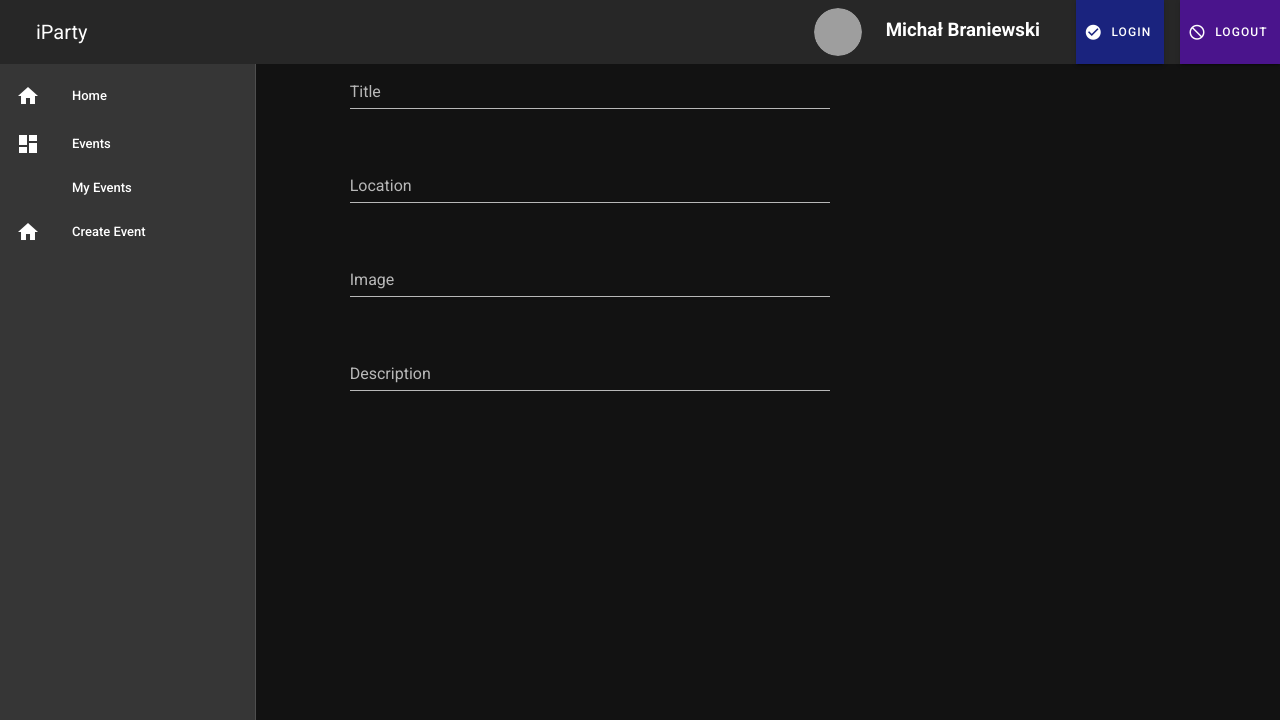
Repository: hexanek/partyapp
Page: /#/addevent
These files come from the project's save history. The page is drawn as it stood at one moment and after the next save; the edit follows.
The browser window is 1280 px wide. The pictures show the whole page.
Pictures or frames that could not be fetched are drawn as grey boxes. The project was rebuilt for these pictures with package versions that can differ from the ones it lists, and the page was loaded fresh each time. Also part of the build but not shown: vue.config.js, src/components/Popup.vue, src/components/Gmap.vue, src/components/Home.vue.

Above is the page before, as saved 2020-01-26 14:02:45.

After the next save:
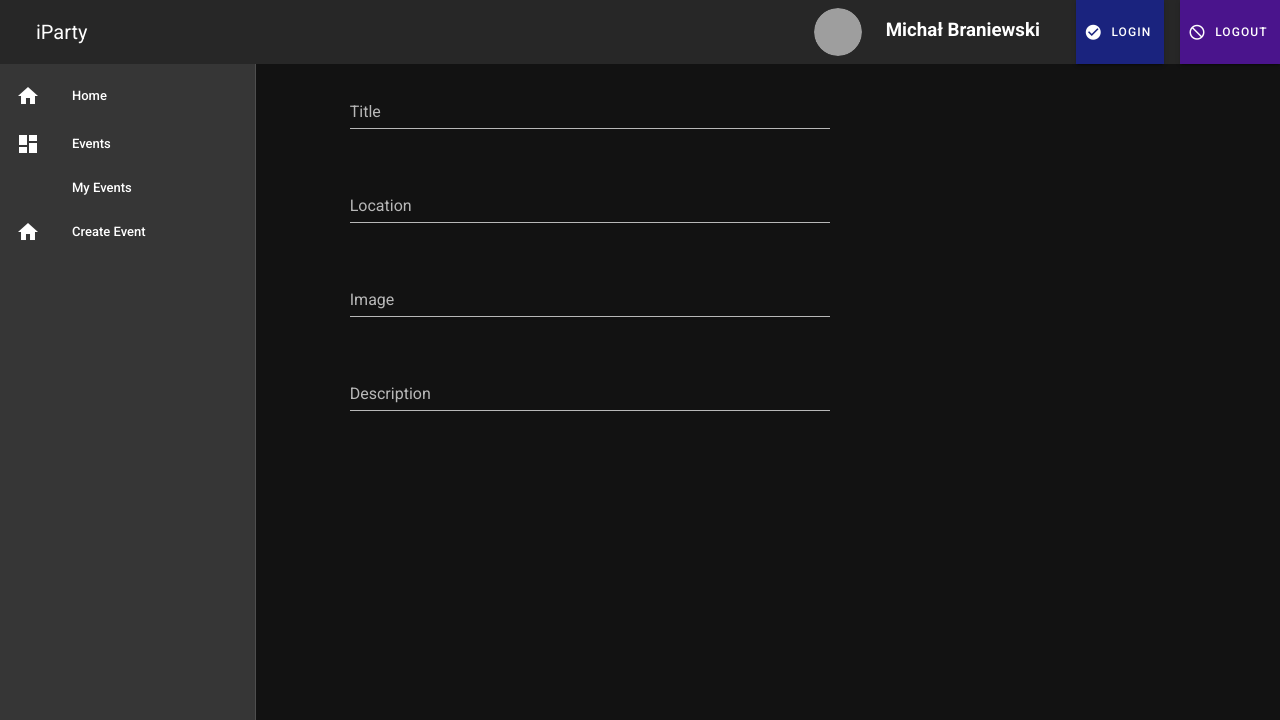
Saved 30 s later.
--- a/src/components/Event/EventForm.vue
+++ b/src/components/Event/EventForm.vue
@@ -2,7 +2,7 @@
     <div>
         <v-container>
             <v-layout row>
-                <v-flex xs-12 offset-sm3 col-5>
+                <v-flex xs-12 offset-sm3 col-5 mt-5>
                     <h2>Add own Event</h2>
                 </v-flex>
             </v-layout>

After the 2 saves that followed:
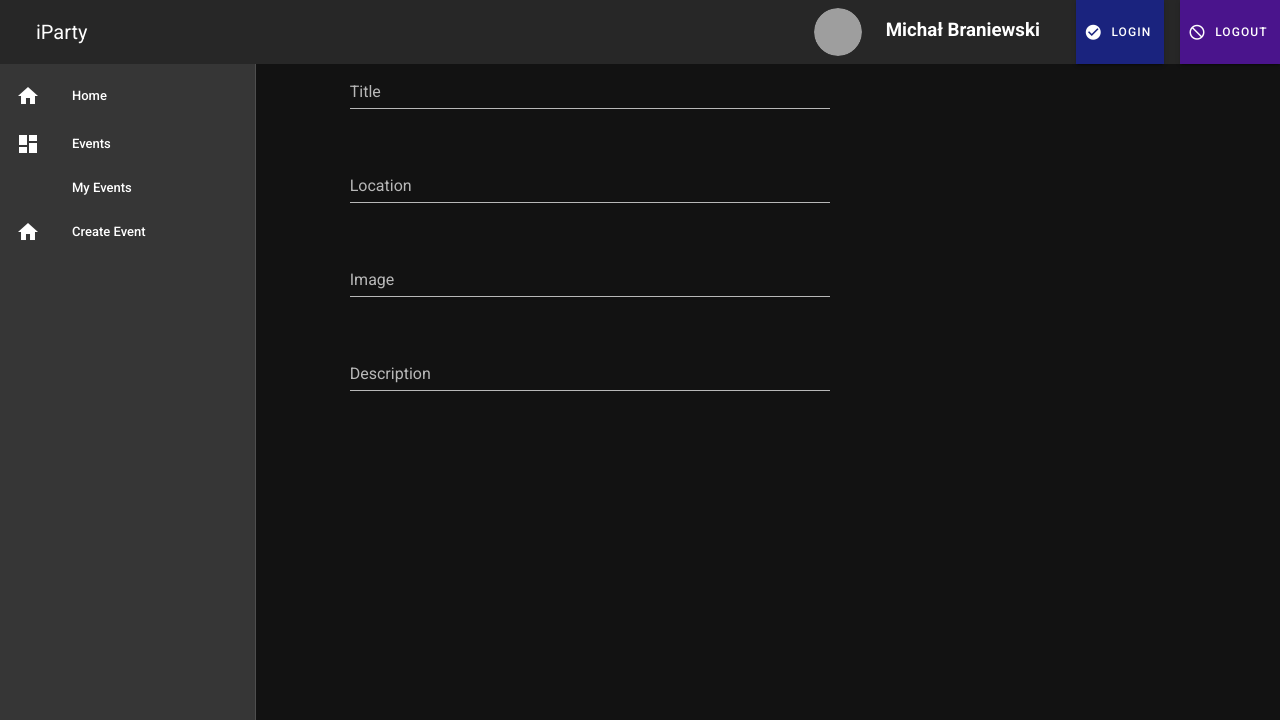
The 2 saves are shown as one change because they came seconds apart.
The last was saved 7 s later.
--- a/src/components/Event/EventForm.vue
+++ b/src/components/Event/EventForm.vue
@@ -2,7 +2,7 @@
     <div>
         <v-container>
             <v-layout row>
-                <v-flex xs-12 offset-sm3 col-5 mt-5>
+                <v-flex xs-12 offset-sm3 col-5 mt-20>
                     <h2>Add own Event</h2>
                 </v-flex>
             </v-layout>
